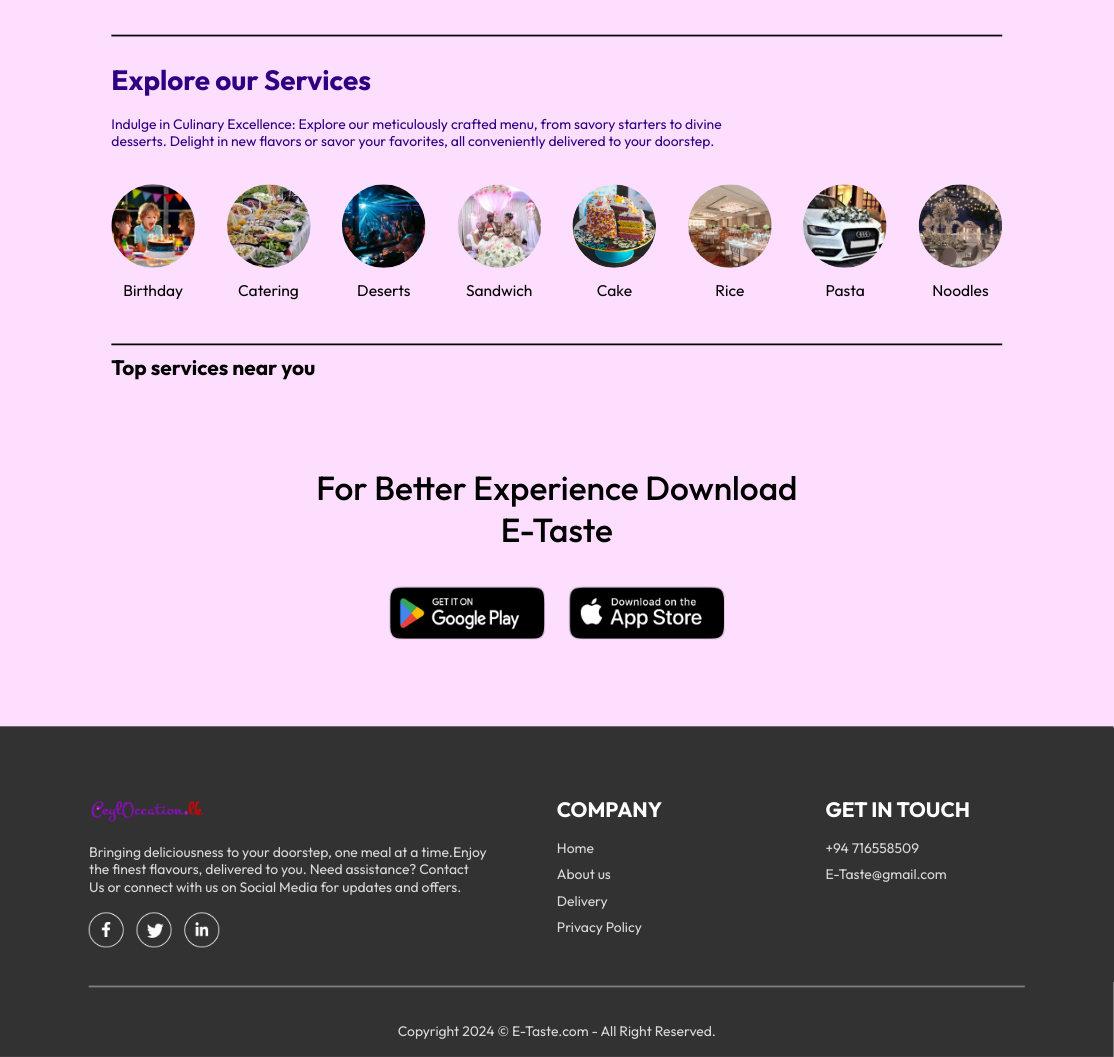
Repository: Abhiranda/Ceyloccation.lk
Page: / (app in frontend/)
The author's editor kept a copy of each file at every save. The page is drawn from the files as they stood at one save, then again after the next save.
The browser window is 1280 px wide. The pictures show the part of the page from y = 624 to 1839 px (the page is 1839 px tall), at 87% of full size.
The page's requests for data from a server got no answer. The project was rebuilt for these pictures with package versions that can differ from the ones it lists, and the page was loaded fresh each time. No one was signed in, and anything a server would have sent is missing. Also part of the build but not shown: frontend/vite.config.js, frontend/src/pages/PlaceOrder/PlaceOrder.css, frontend/src/pages/PlaceOrder/PlaceOrder.jsx, frontend/src/components/ServiceDisplay/ServiceDisplay.css, frontend/src/components/ServiceItem/ServiceItem.css, frontend/src/components/ServiceItem/ServiceItem.jsx, frontend/src/pages/Cart/Cart.css, frontend/src/pages/Cart/Cart.jsx and 6 more.

Above is the page before, as saved 2024-06-07 13:59:30.

### frontend/index.html
<!doctype html>
<html lang="en">
  <head>
    <meta charset="UTF-8" />
    <link rel="icon" type="" href="./logo.png" />
    <meta name="viewport" content="width=device-width, initial-scale=1.0" />
    <title>Ceyloccation.lk</title>
  </head>
  <body>
    <div id="root"></div>
    <script type="module" src="/src/main.jsx"></script>
  </body>
</html>

### frontend/src/main.jsx
import React from 'react'
import ReactDOM from 'react-dom/client'
import App from './App.jsx'
import './index.css'
import {BrowserRouter}from 'react-router-dom'
import StoreContextProvider from './context/StoreContext.jsx'


ReactDOM.createRoot(document.getElementById('root')).render(
  <BrowserRouter>
    <StoreContextProvider>
      <App />
    </StoreContextProvider>
  </BrowserRouter>
)

### frontend/src/App.jsx
import React, { useState } from 'react'
import Navbar from './components/Navbar/Navbar'
import { Route, Routes } from 'react-router-dom'
import PlaceOrder from './pages/PlaceOrder/PlaceOrder'
import Home from './pages/Home/Home'
import Cart from './pages/Cart/Cart'
import Footer from './components/Footer/Footer'
import LoginPopup from './components/LoginPopup/LoginPopup'
import Verify from './pages/Verify/Verify'
import MyOrders from './pages/MyOrders/MyOrders'



const App = () => {

  const[showLogin,setShowLogin]=useState(false)

  return (
    <>
    {showLogin?<LoginPopup setShowLogin={setShowLogin}/>:<></>}
    <div className='app'>
      <Navbar setShowLogin={setShowLogin}/>
      <Routes>
        <Route path='/' element={<Home/>}/>
        <Route path='/cart' element={<Cart/>}/>
        <Route path='/order' element={<PlaceOrder/>}/>
        <Route path='/verify' element={<Verify/>}/>
        <Route path='/myorders' element={<MyOrders/>}/>


      </Routes>
    </div>
    <Footer/>
    </>
  )
}

export default App

### frontend/src/index.css
@import url('https://fonts.googleapis.com/css2?family=Outfit:wght@100..900&display=swap');

*{
  padding:0;
  margin:0;
  box-sizing: border-box;
  font-family: outfit;
  scroll-behavior: smooth;
}

body{
  min-height: 100vh;
  background-color: rgba(242, 0, 255, 0.129);
}

a{
  text-decoration: none;
  color: inherit;
}

.app{
  width: 80%;
  margin: auto;
}


/*creade fadein when refreshing the page*/
@keyframes fadeIn{
  0%{
    opacity: 0;
  }
  100%{
    opacity: 1;
  }
}

### frontend/src/context/StoreContext.jsx
import axios from "axios";
import { createContext, useEffect, useState } from "react";

export const StoreContext = createContext(null)

const StoreContextProvider = (props) => {

    const [cartItems, setCartItems] = useState({});
    const url = "http://localhost:4000";
    const [token,setToken] = useState("");
    const [service_list,setServiceList] = useState([])


    const addToCart = async (itemId) => {
        if (!cartItems[itemId]) {
            setCartItems((prev) => ({ ...prev, [itemId]: 1 }))
        }
        else {
            setCartItems((prev) => ({ ...prev, [itemId]: prev[itemId] + 1 }))
        }
        if (token) {
            await axios.post(url+"/api/cart/add",{itemId},{headers:{token}})
        }
    }

    const removeFromCart = async (itemId) => {
        setCartItems((prev) => ({ ...prev, [itemId]: prev[itemId] - 1 }));
        if (token) {
            await axios.post(url+"/api/cart/remove",{itemId},{headers:{token}})
        }

    }

    const getTotalCartAmount = () => {
        let totalAmount = 0;
        for (const item in cartItems) {
            if (cartItems[item] > 0) {
                let itemInfo = service_list.find((product) => product._id === item);
                totalAmount += itemInfo.price * cartItems[item];
            }

        }
        return totalAmount;
    }

    const fetchServiceList = async ()=>{
        const response = await axios.get(url+"/api/service/list")
        setServiceList(response.data.data)
    }

    const loadCartData = async (token)=>{
        const response = await axios.post(url+"/api/cart/get",{},{headers:{token}});
        setCartItems(response.data.cartData);
    }

    useEffect(()=>{
        async function loadData(){
            await fetchServiceList();
            if (localStorage.getItem("token")) {
                setToken(localStorage.getItem("token"));
                await loadCartData(localStorage.getItem("token"));
            }
        }
        loadData();
    },[])

    const contextValue = {
        service_list,
        cartItems,
        setCartItems,
        addToCart,
        removeFromCart,
        getTotalCartAmount,
        url,
        token,
        setToken
    }

    return (
        <StoreContext.Provider value={contextValue}>
            {props.children}
        </StoreContext.Provider>
    )

}

export default StoreContextProvider

### frontend/src/components/Navbar/Navbar.jsx
import React, { useContext, useState } from 'react'
import './Navbar.css'
import { assets } from '../../assets/assets'
import { Link, useNavigate } from 'react-router-dom';
import { StoreContext } from '../../context/StoreContext';

const Navbar = ({setShowLogin}) => {

    const[menu,setMenu]=useState("Home");

    const {getTotalCartAmount,token,setToken}=useContext(StoreContext);

    const navigate = useNavigate();

    const logout = () =>{
      localStorage.removeItem("token");
      setToken("");
      navigate("/")   //redirected to home page
    }

  return (
    <div className='navbar'>
      <Link to='/'><img src={assets.logo} alt="logo" className='logo'/></Link>
      <ul className='navbar-menu'>
        <Link to='/' onClick={()=>setMenu("Home")} className={menu==='Home'?'active':''}>Home</Link>
        <a href='#explore-menu' onClick={()=>setMenu("Menu")} className={menu==='Menu'?'active':''}>Services</a>
        <a href='#app-download' onClick={()=>setMenu("Mobile-app")} className={menu==='Mobile-app'?'active':''}>Mobile-app</a>
        <a href='#footer' onClick={()=>setMenu("About-us")} className={menu==='About-us'?'active':''}>About us</a>
      </ul>
      <div className='navbar-right'>
        <img src={assets.search_icon} alt="search_icon" />
        <div className='navbar-search-icon'>
            <Link to='/cart'><img src={assets.basket_icon} alt="basket_icon"/></Link>
            {/**count of basket items (Number of items in the cart) **/}
            <div className={getTotalCartAmount()===0?"":"dot"}></div>
        </div>
        {!token?<button onClick={()=>setShowLogin(true)}>Sign in</button>
        :<div className='navbar-profile'>
          <img src={assets.profile_icon} alt="" />
          <ul className="navbar-profile-dropdown">
            <li onClick={()=>navigate('/myorders')}><img src={assets.bag_icon} alt='bag_icon' /><p>Orders</p></li>
            <hr/>
            <li onClick={logout}><img src={assets.logout_icon} alt='logout_icon' /><p>Logout</p></li>

          </ul>
        </div>}

      </div>
    </div>
  )
}

export default Navbar

### frontend/src/pages/Home/Home.jsx
import React, { useState } from 'react'
import './Home.css'
import Header from '../../components/Header/Header'
import ExploreMenu from '../../components/ExploreMenu/ExploreMenu'
import ServiceDisplay from '../../components/ServiceDisplay/ServiceDisplay'
import AppDownload from '../../components/AppDownload/AppDownload'

const Home = () => {

  //create state variable
  const[category,setCategory]=useState("All");

  return (
    <div>
      <Header/>
      <ExploreMenu category={category} setCategory={setCategory}/>
      <ServiceDisplay category={category}/>
      <AppDownload/>
    </div>
  )
}

export default Home

### frontend/src/components/Footer/Footer.jsx
import React from 'react'
import './Footer.css'
import { assets } from '../../assets/assets'


const Footer = () => {
  return (
    <div className='footer' id='footer'>
        <div className="footer-content">
            <div className="footer-content-left">
                <img src={assets.logo} alt=''/>
                <p>Bringing deliciousness to your doorstep, one meal at a time.Enjoy the finest flavours, delivered to you. Need assistance? Contact Us or connect with us on Social Media for updates and offers.</p>
                <div className="footer-social-icons">
                    <img src={assets.facebook_icon} alt=''/>
                    <img src={assets.twitter_icon} alt=''/>
                    <img src={assets.linkedin_icon} alt=''/>
                </div>
            </div>
            <div className="footer-content-center">
                <h2>COMPANY</h2>
                <ul>
                    <li>Home</li>
                    <li>About us</li>
                    <li>Delivery</li>
                    <li>Privacy Policy</li>
                </ul>
            </div>
            <div className="footer-content-right">
                <h2>GET IN TOUCH</h2>
                <ul>
                    <li>+94 716558509</li>
                    <li>E-Taste@gmail.com</li>
                </ul>
            </div>

        </div>
        <hr/>
        <p className="footer-copyright">Copyright 2024 © E-Taste.com - All Right Reserved.</p>
    </div>
  )
}

export default Footer

### frontend/src/components/Navbar/Navbar.css
.navbar{
    padding: 20px 40px;
    display: flex;
    justify-content: space-between;
    align-items: center;
}

.navbar.logo{
    width: 170px;
    height: 34px;

}

.navbar-menu{
    display: flex;
    list-style: none;
    gap: 20px;
    color: #1154A5;
    font-size: 18px;
    align-items: center;
}

.navbar-right{
    display: flex;
    align-items: center;
    gap: 40px;
}

.navbar button{
    background-color: transparent;
    font-size: 16px;
    color: #1154A5;
    border:1px solid #1154A5 ;
    padding: 10px 30px;
    border-radius: 50px;
    cursor: pointer;
}

.navbar button:hover{
    background-color:#948EE8;
    color: rgb(0, 0, 0);
}

.navbar .active{
    padding-bottom: 2px;
    border-bottom: 4px solid #C0268D;
    color: #000000;
}

.navbar li{
    cursor: pointer;
}

.navbar-search-icon{
    position: relative;
}

.navbar-search-icon .dot{
    position: absolute;
    min-width: 10px;
    min-height: 10px;
    background-color: rgb(189, 0, 158);
    border-radius: 5px;
    top: -8px;
    right: -8px;
}

.navbar-profile{
   position: relative;
}

.navbar-profile-dropdown{
    position: absolute;
    display: none;
    right: 0;
    z-index: 1;
}

.navbar-profile:hover .navbar-profile-dropdown{
    display: flex;
    flex-direction: column;
    gap: 10px;
    background-color: #fff2ef;
    padding: 12px 25px;
    border-radius: 4px;
    border: 1px solid #2d24b1;
    outline: 2px solid white;
    list-style: none;

}

.navbar-profile-dropdown li{
    display: flex;
    align-items: center;
    gap: 10px;
    cursor: pointer;
}

.navbar-profile-dropdown img{
    width: 20px;
}

.navbar-profile-dropdown li:hover{
   color: #2d24b1;
}

@media(max-width:1050px){
    .navbar .logo{
        width: 140px;
    }
    .navbar-menu{
        gap:20px;
        font-size: 17px;
    }
    .navbar-right{
        gap: 30px;
    }
    .navbar-right img{
        width: 22px;
    }
    .navbar-right button{
        pad: 8px 25px;
    }
}

@media(max-width:900px){
    .navbar .logo{
        width: 120px;
    }
    .navbar-menu{
        gap:15px;
        font-size: 16px;
    }
    .navbar-right{
        gap: 20px;
    }
    .navbar-right img{
        width: 20px;
    }
    .navbar-right button{
        pad: 7px 20px;
        font-size: 15px;
    }
}

@media(max-width:750px){

    .navbar-menu{
        display: none;
    }
}

### frontend/src/components/Header/Header.jsx
import React from 'react';
import Slideshow from './Slideshow';
import './Header.css';

const Header = () => {
  return (
    <div className='header'>
      <Slideshow />
      <div className="header-contents">
        <h2>Celebrate Life's Moments with Ease!</h2>
        <p>Life's Occasions Made Effortless: Celebrate Every Moment with Ease!</p>
        <button>Join Us....</button>
      </div>
    </div>
  );
}

export default Header;

### frontend/src/components/ExploreMenu/ExploreMenu.jsx
import React from 'react'
import './ExploreMenu.css'
import { menu_list } from '../../assets/assets'

const ExploreMenu = ({category,setCategory}) => {
  return (
    <div className='explore-menu' id='explore-menu'>
      <hr/>
        <h1>Explore our Services</h1>
        <p className='explore-menu-text'>Indulge in Culinary Excellence: Explore our meticulously crafted menu, from savory starters to divine desserts. Delight in new flavors or savor your favorites, all conveniently delivered to your doorstep.</p>
        <div className='explore-menu-list'>
            {menu_list.map((item,index)=>{
                return(
                    <div onClick={()=>setCategory(prev=>prev===item.menu_name?"All":item.menu_name)} key={index} className='explore-menu-list-item'>
                        <img className={category===item.menu_name?"active":""} src={item.menu_image} alt='' />
                        <p>{item.menu_name}</p>
                        </div>
                )
            })}
        </div>
        <hr/>
    </div>
  )
}

export default ExploreMenu

### frontend/src/components/ServiceDisplay/ServiceDisplay.jsx
import React, { useContext } from 'react'
import './ServiceDisplay.css'
import { StoreContext } from '../../context/StoreContext'
import ServiceItem from '../ServiceItem/ServiceItem'

const ServiceDisplay = ({category}) => {
    const{service_list}=useContext(StoreContext)
  return (
    <div className='service-display' id='service-display'>
      <h2>Top services near you</h2>
      <div className="service-display-list">
        {service_list.map((item,index)=>{
            if(category==="All" || category===item.category){
                return <ServiceItem key={index} id={item._id} name={item.name} description={item.description} price={item.price} image={item.image} />
            }

        })}
      </div>
    </div>
  )
}

export default ServiceDisplay

### frontend/src/components/AppDownload/AppDownload.jsx
import React from 'react'
import './AppDownload.css'
import { assets } from '../../assets/assets'

const AppDownload = () => {
  return (
    <div className='app-download' id='app-download'>
      <p>For Better Experience Download<br/>E-Taste</p>
      <div className="app-download-platforms">
        <img src={assets.play_store} alt=''/>
        <img src={assets.app_store} alt=''/>
      </div>
    </div>
  )
}

export default AppDownload

### frontend/src/components/Footer/Footer.css

.footer{
    color: #d9d9d9;
    background-color: #323232;
    display: flex;
    flex-direction: column;
    align-items: center;
    gap: 20px;
    padding: 20px 8vw;
    padding-top: 80px;
    margin-top: 100px;
}

.footer-content{
    width: 100%;
    display: grid;
    grid-template-columns: 2fr 1fr 1fr;
    gap: 80px;
}

.footer-content-left,.footer-content-right,.footer-content-center{
    display: flex;
    flex-direction: column;
    align-items: start;
    gap: 20px;
}

.footer-content-left li,.footer-content-right li,.footer-content-center li{
    list-style: none;
    margin-bottom: 10px;
    cursor: pointer;
}

.footer-content-right h2,.footer-content-center h2{
    color: white;
}

.footer-social-icons img{
    width: 40px;
    margin-right: 15px;
}

.footer hr{
    width: 100%;
    height: 2px;
    margin: 20px 0;
    background-color: grey;
    border: none;
}

@media(max-width:750px){
    .footer-content{
        display: flex;
        flex-direction: column;
        gap: 35px;
    }

    .footer-copyright{
        text-align: center;

    }


}

### frontend/src/components/Header/Slideshow.jsx
import React, { useState, useEffect } from 'react';
import './Slideshow.css'; // Make sure you're importing Slideshow.css

const Slideshow = () => {
  const [currentSlide, setCurrentSlide] = useState(0);
  const slides = [
    './head1.png',
    './head2.png',
    './head3.png'
  ];

  useEffect(() => {
    const interval = setInterval(() => {
      setCurrentSlide(prevSlide => (prevSlide + 1) % slides.length);
    }, 2000);

    return () => clearInterval(interval);
  }, []);

  return (
    <div className="slideshow-container">
      {slides.map((slide, index) => (
        <div
          key={index}
          className={`slide ${index === currentSlide ? 'active' : ''}`}
          style={{ backgroundImage: `url(${slide})` }}
        ></div>
      ))}
    </div>
  );
}

export default Slideshow;

### frontend/src/components/Header/Header.css
.header {
    height: 40vw;
    width: 100%;
    margin: 30px auto;
    background: url('./head1.png') no-repeat;
    background-size: cover;
    position: relative;
    border-radius: 40px;
  }

  .header-contents {
    position: absolute;
    display: flex;
    flex-direction: column;
    align-items: start;
    gap: 1.5vw;
    max-width: 60%;
    bottom: 10%;
    left: 7vw;
    animation: fadeIn 3s;
  }

  .header-contents h2 {
    font-weight: 400;
    color: white;
    font-size: max(4.0vw,22px);
  }

  .header-contents p {
    color: white;
    font-size: 1.5vw;
  }

  .header-contents button {
    border: none;
    color: #ffffff;
    font-weight: 600;
    padding: 1vw 2.3vw;
    background-color: rgba(197, 121, 218, 0.589);
    font-size: max(1vw,13px);
    border-radius: 20px;
  }

  @media (max-width: 1050px) {
    .header-contents {
      max-width: 45%;
    }
  }

  @media (max-width: 750px) {
    .header-contents {
      max-width: 65%;
    }
    .header-contents p {
      display: none;
    }
    .header-contents button {
      padding: 2vw 4vw;
    }
  }

### frontend/src/components/ExploreMenu/ExploreMenu.css

.explore-menu{
    display: flex;
    flex-direction: column;
    gap: 20px;
}

.explore-menu{
    color: #300083;
    font-weight: 400px;
}

.explore-menu-text{
    max-width: 75%;
    columns: #808080;
}

.explore-menu-list{
    display: flex;
    justify-content: space-between;
    align-items: center;
    gap: 30px;
    text-align: center;
    margin: 20px 0px;
    overflow: scroll;
}

/*Hide scroll bar*/
.explore-menu-list::-webkit-scrollbar{
    display: none;
}

.explore-menu-list-item img{
    width: 7.5vw;
    min-width: 80px;
    cursor: pointer;
    border-radius: 100%;
    transition: 0.2s;
}

.explore-menu-list-item p{
    margin-top: 10px;
    color: #000000;
    font-size: max(1.4vw,16px);
    cursor: pointer;
    transition: 0.2s;
}

.explore-menu hr{
    margin: 10px 0px;
    height: 2px;
    background-color: #000000;
    border: none;
}

.explore-menu-list-item .active{
    border: 4px solid tomato;
    padding: 2px;
}


.explore-menu-list-item:hover{
    transform: scale(1.05);
}

@media(max-width:1050px){
    .explore-menu-text{
        max-width: 100%;
         font-size: 14px;
    }
}

### frontend/src/components/AppDownload/AppDownload.css

.app-download{
    margin: auto auto;
    margin-top: 100px;
    font-size: max(3vw,20px);
    text-align: center;
    font-weight: 500;
}

.app-download-platforms{
    display: flex;
    justify-content: center;
    gap: max(2vw,10px);
    margin-top: 40px;
}

.app-download-platforms img{
    width: max(30vw,120px);
    max-width: 180px;
    transition: 0.5s;
    cursor: pointer;
}

.app-download-platforms img:hover{
    transform: scale(1.05);
}

### frontend/src/components/Header/Slideshow.css
.slideshow-container {
    position: relative;
    max-width: 100%;
    overflow: hidden;
  }

  .slide {
    display: none;
    width: 100%;
    height: 40vw;
    background-size: cover;
    background-position: center;
  }

  .slide.active {
    display: block;
    animation: fade 1.5s;
  }

  @keyframes fade {
    from { opacity: 0; }
    to { opacity: 1; }
  }

Loaded but not shown: frontend/src/assets/assets.js (350 lines, source omitted); frontend/src/pages/Home/Home.css (no stored copy; drawn as an empty file)

After the next save:
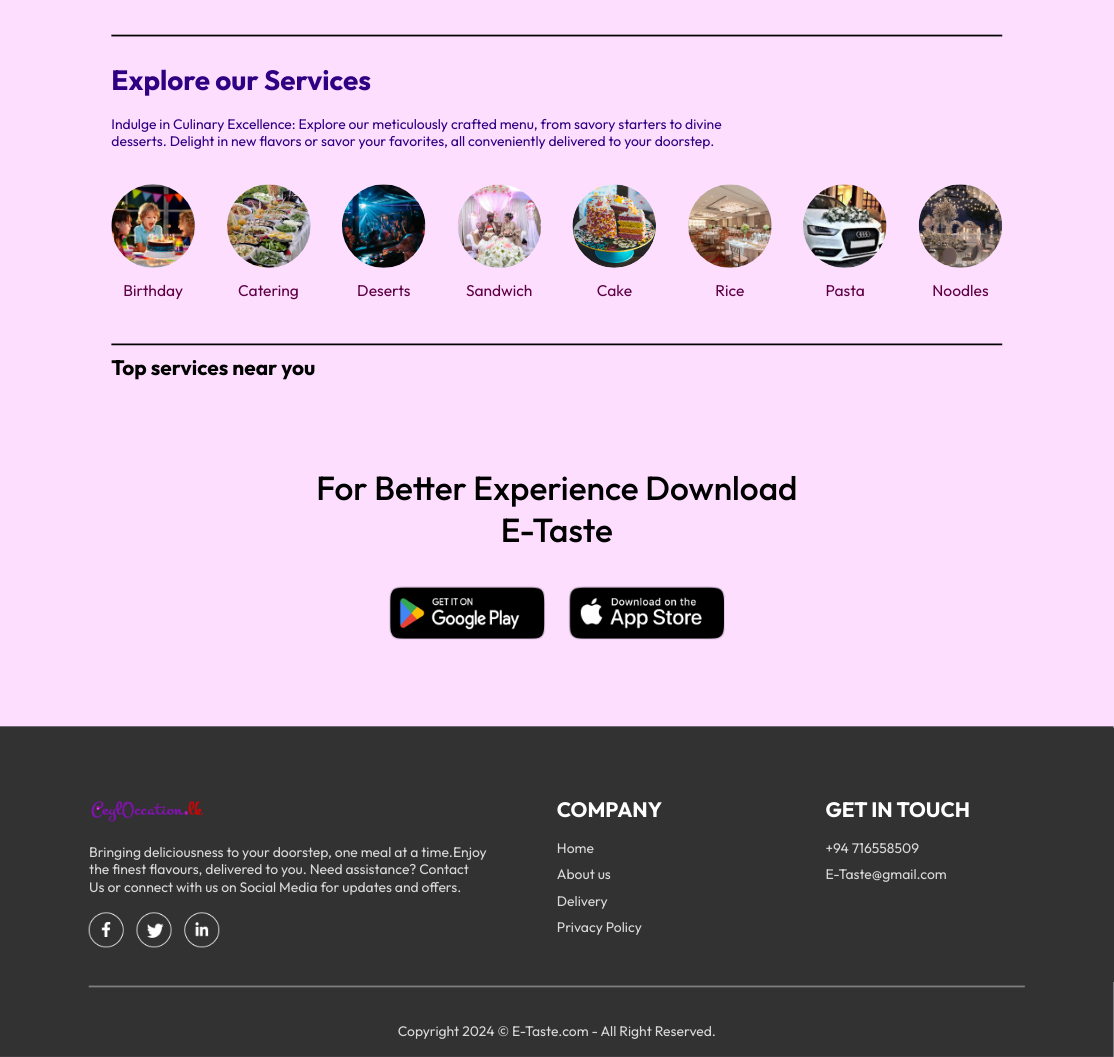
Saved 8 s later.
--- a/frontend/src/components/ExploreMenu/ExploreMenu.css
+++ b/frontend/src/components/ExploreMenu/ExploreMenu.css
@@ -40,7 +40,7 @@
 
 .explore-menu-list-item p{
     margin-top: 10px;
-    color: #000000;
+    color: #5e0042;
     font-size: max(1.4vw,16px);
     cursor: pointer;
     transition: 0.2s;
